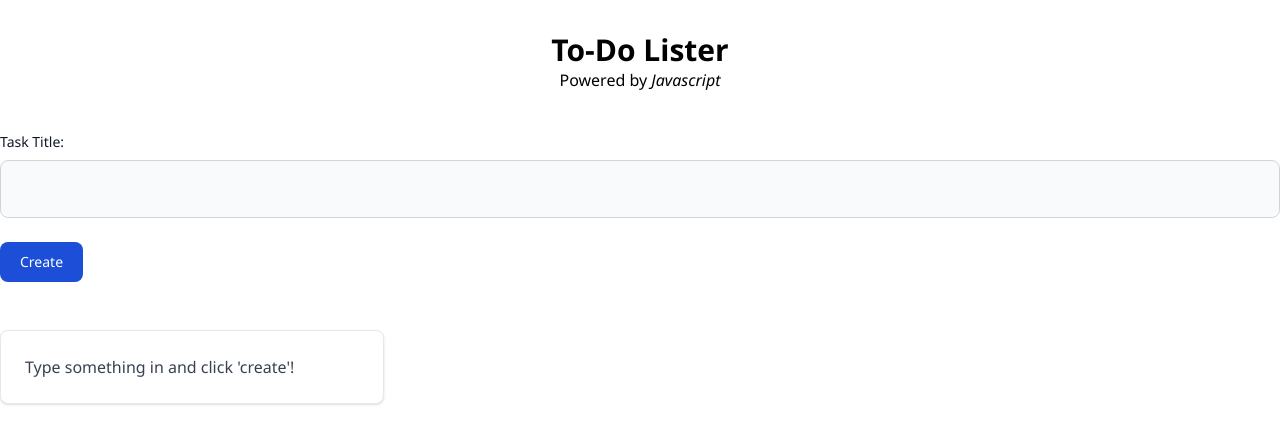
Repository: vxyux/to-do-lister
Page: index.html
The author's editor kept a copy of each file at every save. The page is drawn from the files as they stood at one save, then again after the next save.
The browser window is 1280 px wide. The pictures show the whole page.
Some web libraries are served in a nearby version.

Above is the page before, as saved 2023-09-04 15:22:50.

### index.html
<!DOCTYPE html>
<html lang="en">
<head>
  <meta charset="UTF-8">
  <meta name="viewport" content="width=device-width, initial-scale=1.0">
  <title>Javascript To-Do Lister</title>
  <link rel="stylesheet" href="stylesheet.css">
  <script src="app.js"></script>
  <script src="https://cdn.tailwindcss.com"></script>
</head>
<body>

  <div class="container mx-auto">
    <div class="text-center mt-8">
      <h1 class="text-3xl font-bold">
        To-Do Lister
      </h1>
      <p>Powered by <i>Javascript</i></p>
    </div>

    <div class="inputFields mt-10">
      <div class="mb-6">
          <label for="userInput" class="block mb-2 text-sm font-medium text-gray-900 dark:text-white">
            Task Title:
          </label>
          <input type="text" id="userInput" class="block w-full p-4 text-gray-900 border border-gray-300 rounded-lg bg-gray-50 sm:text-md focus:ring-blue-500 focus:border-blue-500 dark:bg-gray-700 dark:border-gray-600 dark:placeholder-gray-400 dark:text-white dark:focus:ring-blue-500 dark:focus:border-blue-500">
      </div>
      <span onclick="newTask()">
        <button type="submit" class="text-white bg-blue-700 hover:bg-blue-800 focus:ring-4 focus:ring-blue-300 font-medium rounded-lg text-sm px-5 py-2.5 mr-2 mb-2 dark:bg-blue-600 dark:hover:bg-blue-700 focus:outline-none dark:focus:ring-blue-800">
          Create
        </button>
      </span>

    </div>

    <ul class="mt-10" id="to-dos">
      <li class="task_item">
        <a href="#" class="block max-w-sm p-6 bg-white border border-gray-200 rounded-lg shadow hover:bg-gray-100 dark:bg-gray-800 dark:border-gray-700 dark:hover:bg-gray-700">
            <p class="font-normal text-gray-700 dark:text-gray-400">Type something in and click 'create'!</p>
        </a>
      </li>
    </ul>

  </div>
</body>
</html>

### stylesheet.css
*
{
  font-family: 'Segoe UI', Tahoma, Geneva, Verdana, sans-serif;
}

.container {
  max-width: 500px;
}

### app.js
function newTask() {
  // get the data provided by the user from the input field
  var userInput = document.getElementById('userInput').value;

  // if provided input is empty
  if (userInput === '') {
    alert('You must type something in before submitting!');
  } else {
    // define tag that creates a new element under the tag 'li'
    var tag = document.createElement('li');

    // assign the userInput var with content
    var content = document.createTextNode(userInput);
    tag.appendChild(content); // make tag the content's parent

    // define the element tag with the to-dos list ul
    var element = document.getElementById('to-dos');

    // make element the tag's parent
    element.appendChild(tag);
  }

  //console.log('The button has been clicked!');
  //alert(userInput);
}

After the next save:
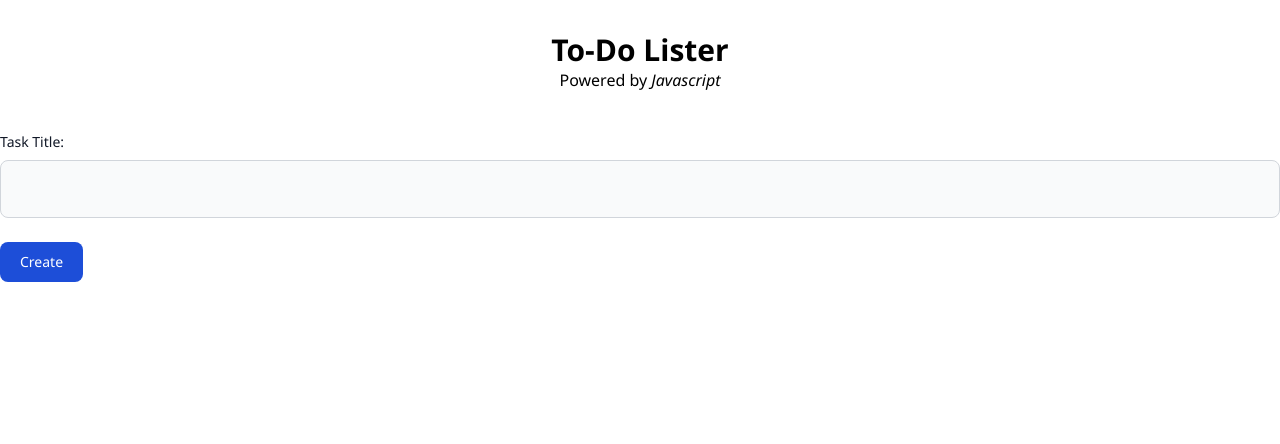
Saved 77 s later.
--- a/index.html
+++ b/index.html
@@ -35,9 +35,7 @@
 
     <ul class="mt-10" id="to-dos">
       <li class="task_item">
-        <a href="#" class="block max-w-sm p-6 bg-white border border-gray-200 rounded-lg shadow hover:bg-gray-100 dark:bg-gray-800 dark:border-gray-700 dark:hover:bg-gray-700">
-            <p class="font-normal text-gray-700 dark:text-gray-400">Type something in and click 'create'!</p>
-        </a>
+
       </li>
     </ul>
 
